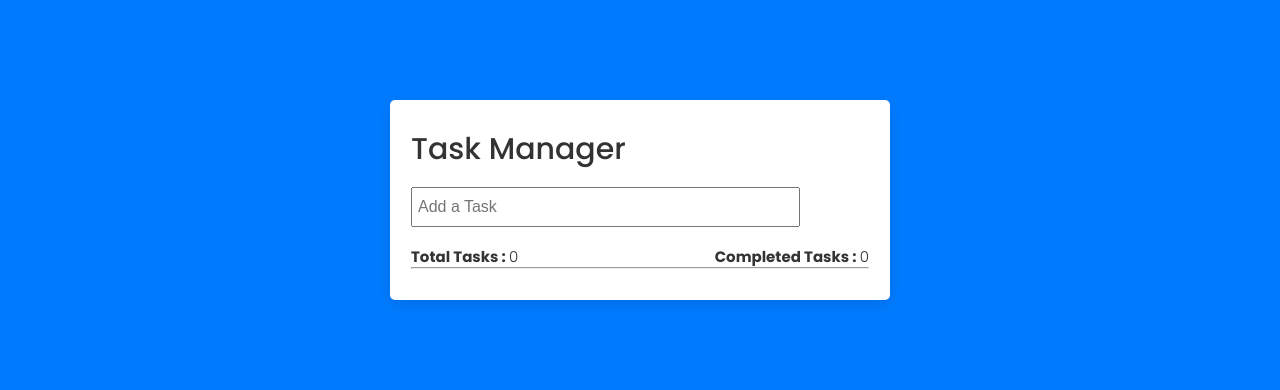
Repository: lucas-andedi/mern-task-manager-app-backend
Page: / (app in frontend/)
These files come from the project's save history. The page is drawn as it stood at one moment and after a run of saves; the edit follows.
The browser window is 1280 px wide. The pictures show the whole page.
The project was rebuilt for these pictures with package versions that can differ from the ones it lists, and the page was loaded fresh each time.

Above is the page before, as saved 2022-11-28 16:33:50.

### frontend/src/App.js
import { ToastContainer, toast } from 'react-toastify';
import 'react-toastify/dist/ReactToastify.css';
import TaskList from "./components/TaskList";

function App() {
  return (
    <div className="app">
      <div className="task-container">
        <TaskList />
      </div>
      <ToastContainer />
    </div>
  );
}

export default App;

### frontend/src/components/TaskList.js
import TaskForm from "./TaskForm"


const TaskList = () => {
  return (
    <div>
      <h2>Task Manager</h2>
      <TaskForm />
      <div className="--flex-between --pb">
        <p>
          <b>Total Tasks : </b> 0
        </p>
        <p>
          <b>Completed Tasks : </b> 0
        </p>
      </div>
      <hr />
    </div>
  )
}

export default TaskList

### frontend/src/components/TaskForm.js


const TaskForm = ({ createTask , name,handleInputChange}) => {
  return (
    <form action="" className="task-form" onSubmit={createTask}>
        <input type="text" placeholder="Add a Task" name="name" value={name} onChange={handleInputChange} />

    </form>
  )
}

export default TaskForm

### frontend/src/components/Task.js


const Task = () => {
  return (
    <div>
      <h2>Task</h2>
    </div>
  )
}

export default Task

Loaded but not shown: frontend/public/index.html (common file); frontend/src/index.js (common file); frontend/src/index.css (common file)

After the next 7 saves:
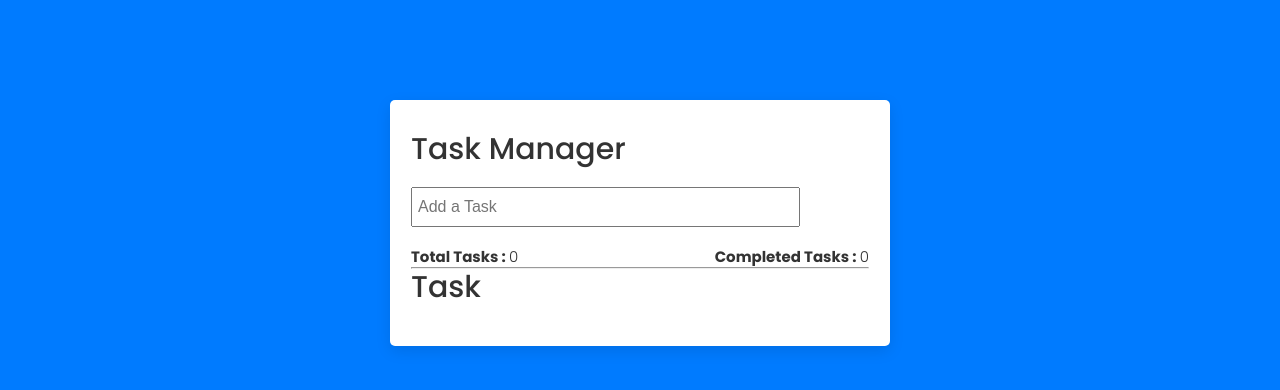
The 7 saves are shown as one change because 2 did not build or start and some came seconds apart.
The last was saved 79 s later.
--- a/frontend/src/components/TaskList.js
+++ b/frontend/src/components/TaskList.js
@@ -1,3 +1,4 @@
+import Task from "./Task"
 import TaskForm from "./TaskForm"
 
 
@@ -15,6 +16,7 @@ const TaskList = () => {
         </p>
       </div>
       <hr />
+      <Task />
     </div>
   )
 }
